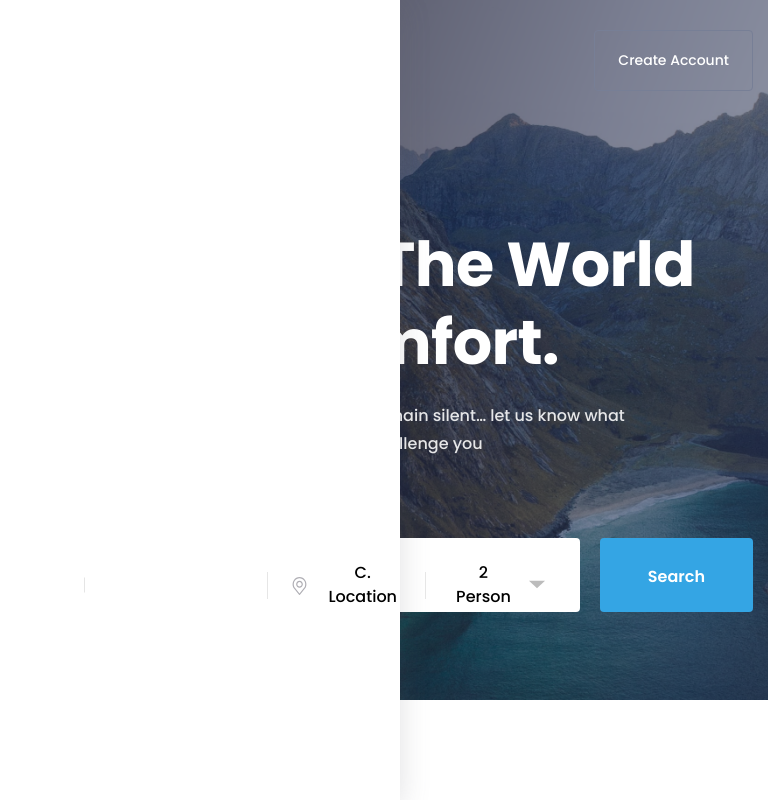
Repository: hoang0508/LandingPage-CodeTravel2
Page: index.html
The author's editor kept a copy of each file at every save. The page is drawn from the files as they stood at one save, then again after the next save.
The browser window is 768 px wide. The pictures show the whole page.
Some web libraries are served in a nearby version. The style sheet was rebuilt from its Sass, Less or Tailwind sources for each picture, by a compiler version that may differ from the author's.

Above is the page before, as saved 2022-09-16 14:04:57.

### index.html
<!DOCTYPE html>
<html lang="en">
  <head>
    <meta charset="UTF-8" />
    <meta http-equiv="X-UA-Compatible" content="IE=edge" />
    <meta name="viewport" content="width=device-width, initial-scale=1.0" />
    <title>Travale LandingPage</title>
    <link rel="stylesheet" href="https://cdnjs.cloudflare.com/ajax/libs/font-awesome/4.7.0/css/font-awesome.css">
    <link rel="stylesheet" href="./css/style.css" />
  </head>
  <body>
    <div class="wrapper">
      <!-- HEADER -->
      <header class="header">
        <div class="container">
          <div class="header-main">
            <div class="header-logo">
              <img src="./images/Logo.png" alt="Logo" />
            </div>
            <nav class="header-menu">
              <ul class="header-menu--list">
                <li class="header-menu--item">
                  <a href="#" class="header-menu--link">FIND A TRIP</a>
                </li>
                <li class="header-menu--item">
                  <a href="#" class="header-menu--link">DESTINATIONS</a>
                </li>
                <li class="header-menu--item">
                  <a href="#" class="header-menu--link">WHY BESNIK</a>
                </li>
                <li class="header-menu--item">
                  <a href="#" class="header-menu--link">CONTACT</a>
                </li>
              </ul>
              <div class="header-bar">
                <i class="fa-solid fa-bars"></i>
              </div>
            </nav>

            <div class="header-button">
              <button class="button button-acount">Create Account</button>
            </div>
          </div>

          <div class="header-content">
            <h1 class="header-content--title">
              Exploring The World In Comfort.
            </h1>
            <p class="header-content--desc">
              You do not have the right to remain silent… let us know what it
              takes to challenge you
            </p>
            <div class="header-form">
              <div class="header-content--form">
                <div class="form-down">
                  <div class="form-down--col">
                    <div class="form-down--icon">
                      <img src="./images/icon-search.svg" alt="" />
                    </div>
                    <div class="form-down--text form-down--text-border"></div>
                      <span class="form-down--text-txt">Search destination</span>
                    </div>
                  <div class="form-down--col">
                    <div class="form-down--icon">
                      <img src="./images/icon-loacation.svg" alt="" />
                    </div>
                    <span class="form-down--text form-down--text-location">C. Location</span>
                  </div>
                  <div class="form-down--col">
                    <span class="form-down--text">2 Person</span>
                    <div class="form-down--icon">
                      <img src="./images/icon-arrow.svg" alt="" />
                    </div>
                  </div>
                </div>
                </div>
                <button class="button button-search">Search</button>
              </div>
            </div>
          </div>
        </div>
      </header>
    </div>

    <script src="https://kit.fontawesome.com/6ddfb9b121.js" crossorigin="anonymous"></script>
  </body>
</html>

### sass/main.scss
@import "reset";
@import "variable";
@import "typography";
@import "base";
@import "global";
@import "header";

### sass/_reset.scss
*,
*::before,
*::after {
  box-sizing: border-box;
}
* {
  margin: 0;
  padding: 0;
  font: inherit;
}
body {
  line-height: 1.5;
}
img,
picture,
video,
canvas,
svg {
  display: block;
  max-width: 100%;
}
input,
button,
textarea,
select {
  outline: none;
}
p,
h1,
h2,
h3,
h4,
h5,
h6 {
  overflow-wrap: break-word;
}

a {
  text-decoration: none;
}

ul,
li {
  list-style: none;
}

### sass/_variable.scss
$text-white: #fff;
$primary-color: #34a5e4;
$border-gray: #e6e6e6;

### sass/_typography.scss
@font-face {
  font-family: "Poppins";
  src: url("../fonts/Poppins-Regular.ttf") format("opentype");
  font-style: normal;
  font-display: auto;
  font-weight: 400;
}

@font-face {
  font-family: "Poppins";
  src: url("../fonts/Poppins-Light.ttf") format("opentype");
  font-style: normal;
  font-display: auto;
  font-weight: 300;
}

@font-face {
  font-family: "Poppins";
  src: url("../fonts/Poppins-Medium.ttf") format("opentype");
  font-style: normal;
  font-display: auto;
  font-weight: 500;
}

@font-face {
  font-family: "Poppins";
  src: url("../fonts/Poppins-SemiBold.ttf") format("opentype");
  font-style: normal;
  font-display: auto;
  font-weight: 600;
}

@font-face {
  font-family: "Poppins";
  src: url("../fonts/Poppins-Thin.ttf") format("opentype");
  font-style: normal;
  font-display: auto;
  font-weight: 100;
}

@font-face {
  font-family: "Poppins";
  src: url("../fonts/Poppins-Bold.ttf") format("opentype");
  font-style: normal;
  font-display: auto;
  font-weight: 700;
}

### sass/_base.scss
body {
  font-family: "Poppins", sans-serif;
  font-weight: 500;
}

.wrapper {
  max-width: 1600px;
  margin: 0 auto;
}

.container {
  max-width: 1280px;
  margin: 0 auto;
}

@media screen and (max-width: 1023.98px) {
  .container {
    padding: 0 15px;
  }
}

### sass/_global.scss
// Button
button.button {
  display: inline-block;
  border: 0;
  cursor: pointer;
  color: $text-white;
  font-size: 14px;
  &-acount {
    background-color: transparent;
    padding: 19px 23px;
    border: 1.5px solid #777f96;
    border-radius: 4px;
  }
  &-search {
    height: 74px;
    padding: 27px 48px;
    background-color: $primary-color;
    color: $text-white;
    font-size: 16px;
    font-weight: 600;
    border-radius: 4px;
  }
}

### sass/_header.scss
.header {
  background-image: url("../images/header-img.png");
  min-height: 800px;
  background-size: cover;
  background-repeat: repeat;
  padding-top: 30px;
  &-main {
    display: flex;
    align-items: center;
    margin-bottom: 135px;
  }
  &-logo {
    margin-right: 261px;
  }
  &-menu {
    &--list {
      display: flex;
      align-items: center;
      gap: 0 42px;
      margin-right: 225px;
    }
    &--link {
      color: $text-white;
      text-transform: lowercase;
      font-size: 14px;
    }
  }
  &-button {
    margin-left: auto;
  }
  &-form {
    display: flex;
    justify-content: center;
    align-items: center;
    gap: 0 20px;
  }
  &-content {
    text-align: center;
    &--title {
      max-width: 640px;
      width: 100%;
      margin: 0 auto;
      font-size: 62px;
      font-weight: 700;
      color: $text-white;
      margin-bottom: 20px;
      letter-spacing: -0.01em;
      line-height: 78px;
    }
    &--desc {
      max-width: 493px;
      margin: 0 auto;
      color: #ffffff;
      font-weight: 500;
      mix-blend-mode: normal;
      opacity: 0.88;
      line-height: 28px;
      margin-bottom: 80px;
    }
    &--form {
      background-color: #ffffff;
      padding: 23px 35px 24px 41px;
      height: 74px;
      border-radius: 4px;
      box-shadow: 0px 40px 80px -22px rgba(98, 89, 89, 0.09);
      .form-down {
        display: flex;
        align-items: center;
        &--col {
          display: flex;
          align-items: center;
          gap: 0 13px;
          &:nth-child(1) {
            margin-right: 43px;
          }
          &:nth-child(2) {
            position: relative;
            &::before {
              content: "";
              position: absolute;
              width: 1px;
              height: 27px;
              background-color: $border-gray;
              left: -25px;
            }
            &::after {
              content: "";
              position: absolute;
              width: 1px;
              height: 27px;
              background-color: $border-gray;
              right: 0;
            }
          }
          &:nth-child(3) {
            margin-left: 25px;
          }
        }
        &--text-border {
          position: relative;
          &::before {
            position: absolute;
            content: "";
            width: 1px;
            height: 15px;
            background: #e5e5e5;
            top: 50%;
            transform: translateY(-50%);
          }
        }
        &--text-txt {
          margin-right: 4px;
        }
        &--text-location {
          padding-right: 20px;
        }
        &--icon {
          width: 16px;
          height: 16px;
          display: inline-block;
          img {
            width: 100%;
            object-fit: cover;
          }
        }
      }
    }
  }
}

@media screen and (max-width: 1023.98px) {
  .header {
    min-height: 700px;
    &-main {
      align-items: baseline;
    }
    &-logo {
      margin-right: 20px;
    }
    &-menu--list {
      position: fixed;
      max-width: 400px;
      top: 0;
      left: 0;
      bottom: 0;
      background-color: #fff;
      box-shadow: rgba(100, 100, 111, 0.2) 0px 7px 29px 0px;
    }
  }
}

After the next save:
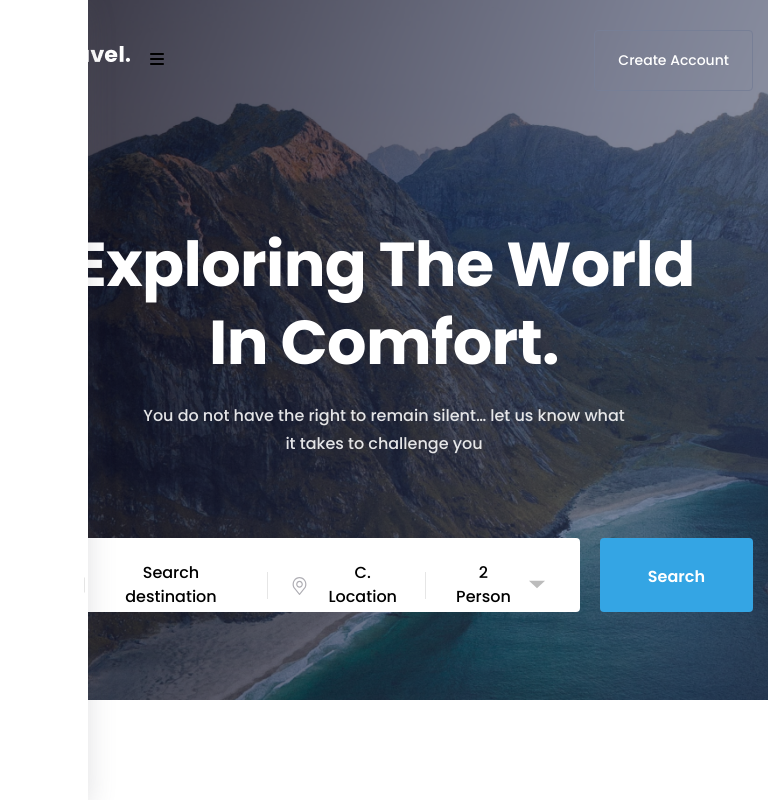
Saved 21 s later.
--- a/sass/_header.scss
+++ b/sass/_header.scss
@@ -145,6 +145,10 @@
       bottom: 0;
       background-color: #fff;
       box-shadow: rgba(100, 100, 111, 0.2) 0px 7px 29px 0px;
+      display: flex;
+      align-items: center;
+      justify-content: center;
+      flex-direction: column;
     }
   }
 }

After the save that followed:
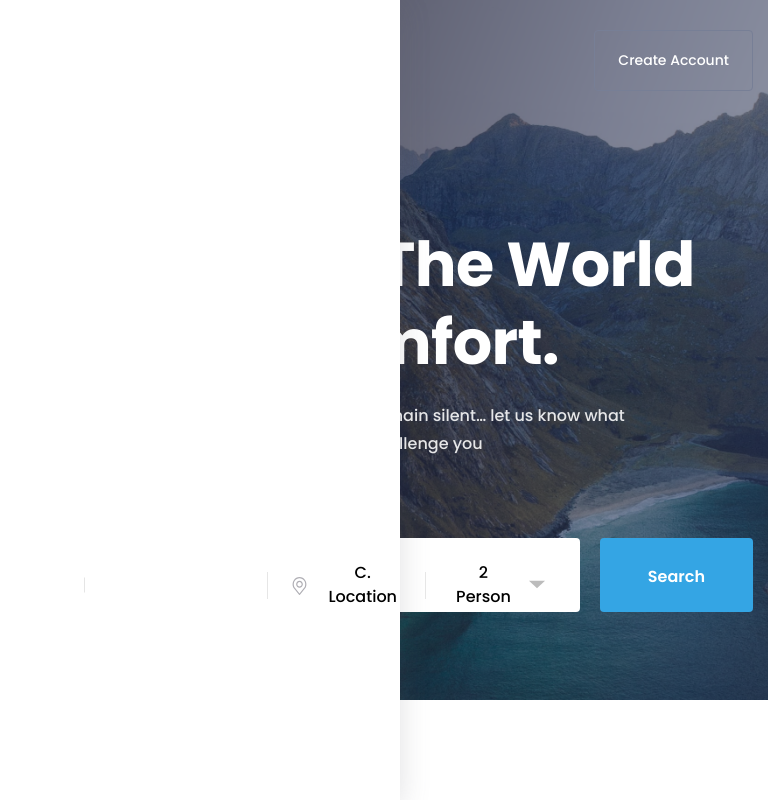
Saved 37 s later.
--- a/sass/_header.scss
+++ b/sass/_header.scss
@@ -145,10 +145,10 @@
       bottom: 0;
       background-color: #fff;
       box-shadow: rgba(100, 100, 111, 0.2) 0px 7px 29px 0px;
-      display: flex;
-      align-items: center;
-      justify-content: center;
-      flex-direction: column;
+      // display: flex;
+      // align-items: center;
+      // justify-content: center;
+      // flex-direction: column;
     }
   }
 }
